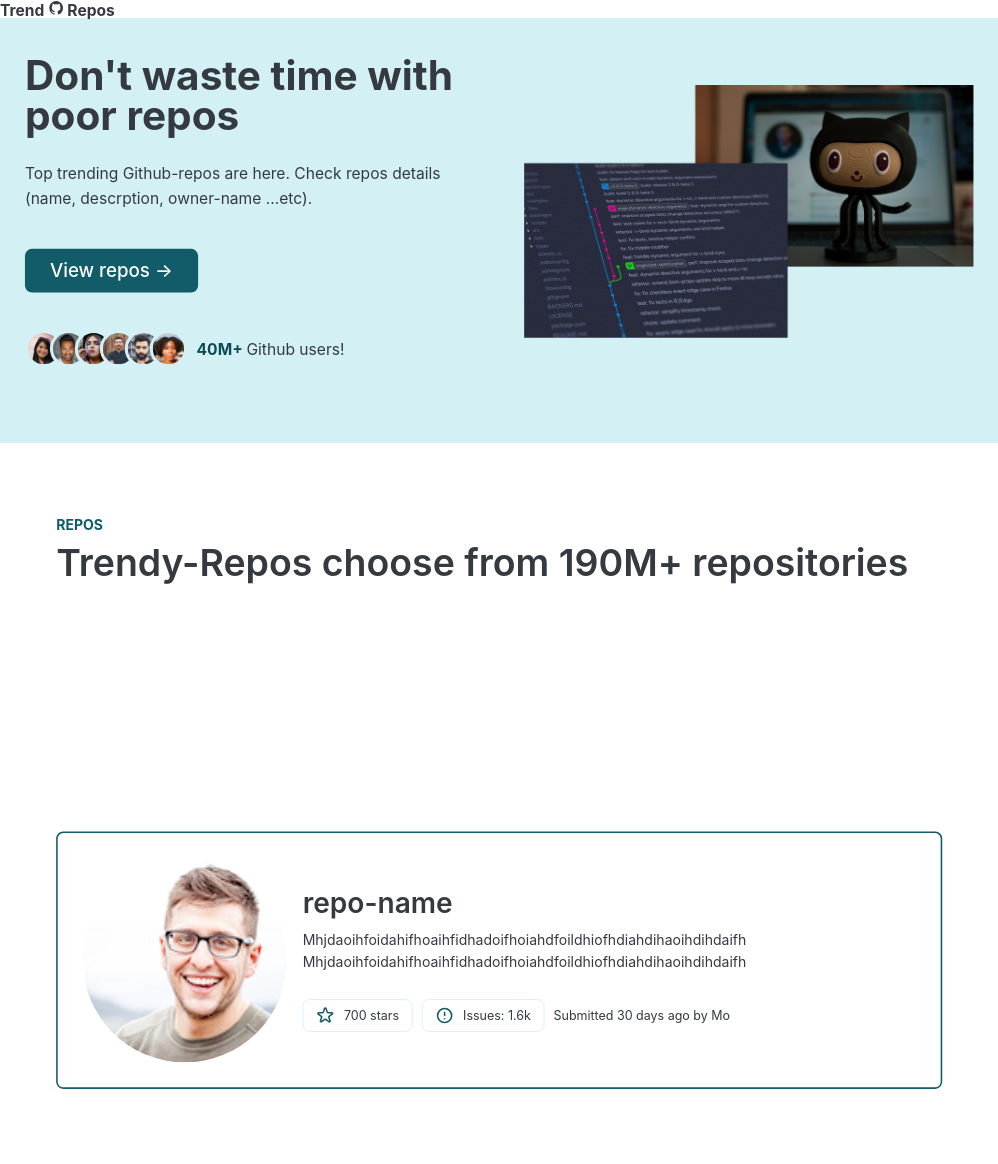
Repository: MoRamdan11/Trending-repos-challenge
Page: /
The author's editor kept a copy of each file at every save. The page is drawn from the files as they stood at one save, then again after the next save.
The browser window is 1280 px wide. The pictures show the whole page, at 78% of full size.
Some web libraries are served in a nearby version. The project was rebuilt for these pictures with package versions that can differ from the ones it lists, and the page was loaded fresh each time. Also part of the build but not shown: src/App.css, src/components/test.js, src/components/Navbar/navbar.css.

Above is the page before, as saved 2021-09-01 03:23:52.

After the next save:
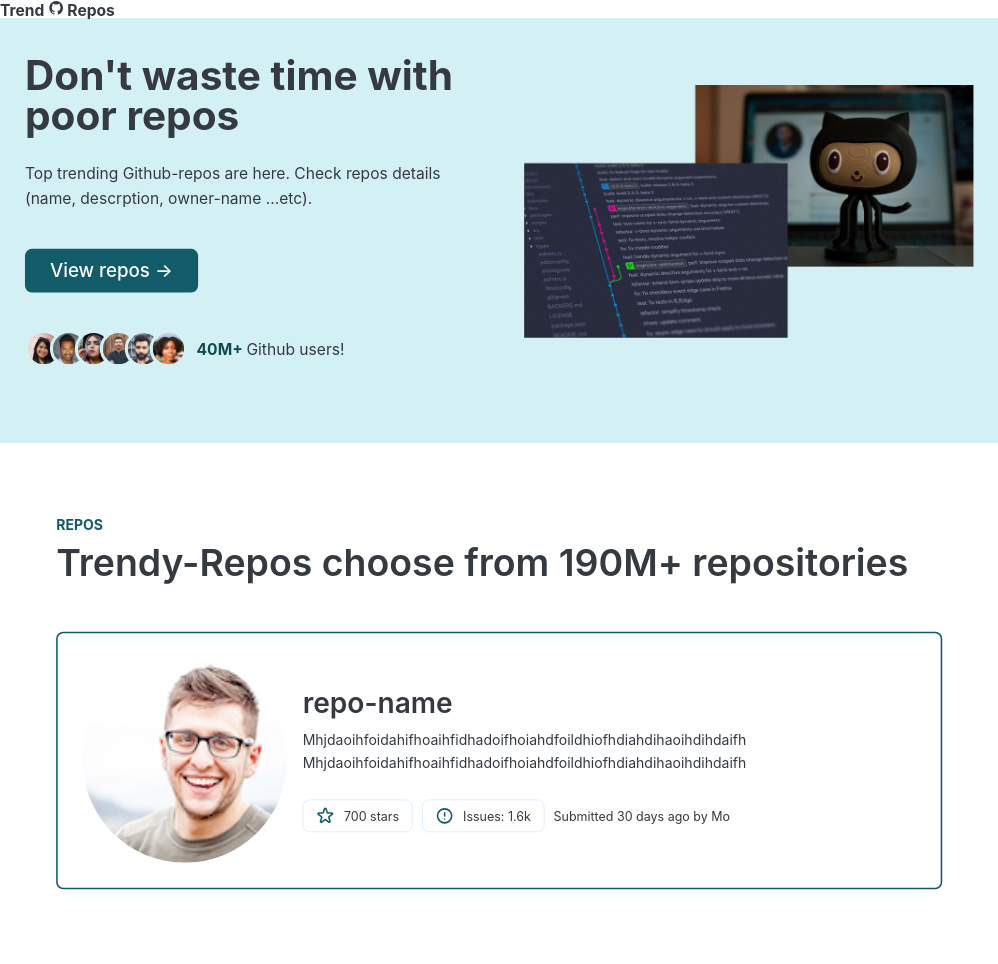
Saved 8 s later.
--- a/src/components/Repo-Row/repo.css
+++ b/src/components/Repo-Row/repo.css
@@ -1,6 +1,6 @@
 .repo-box {
   /*Special-Grid*/
-  margin-top: 32rem;
+  margin-top: 6.4rem;
   display: grid;
   grid-template-columns: 1fr 3fr;
   column-gap: 2rem;
